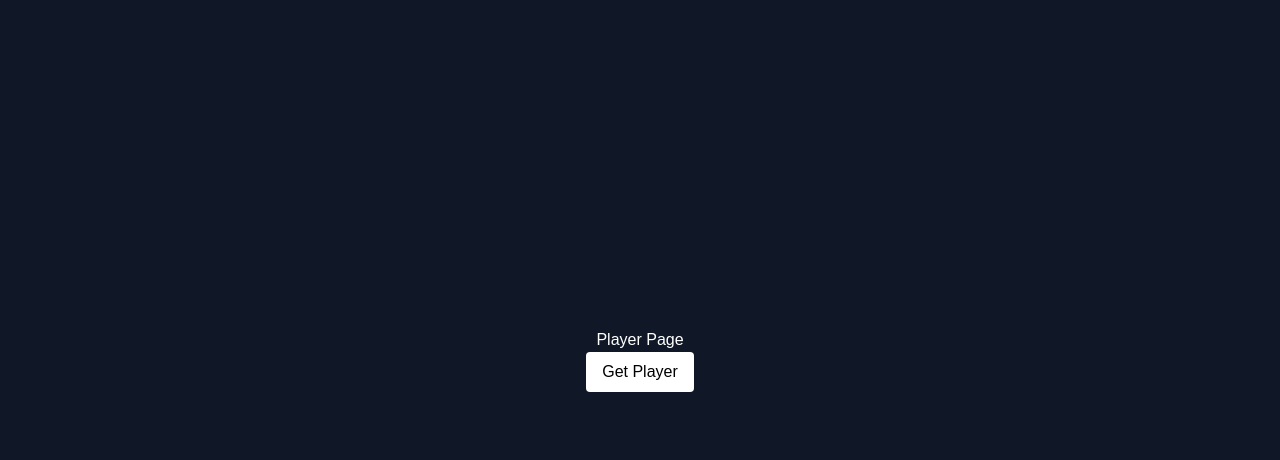
Repository: Cuponk/comparator_v2
Page: /
These files come from the project's save history. The page is drawn as it stood at one moment and after the next save; the edit follows.
The browser window is 1280 px wide. The pictures show the whole page.
The project was rebuilt for these pictures with package versions that can differ from the ones it lists, and the page was loaded fresh each time. The framework's server and built-in components were replaced by stand-ins that run in the browser. Also part of the build but not shown: next.config.ts.

Above is the page before, as saved 2026-01-29 14:00:27.

### app/page.tsx
"use client";

import { useState } from "react";

const page = () => {

    const [player, setPlayer] = useState(null);

    function fetchPlayer() {
        fetch('/api/players/592450')
        .then(response => response.json())
        .then(data => {
            setPlayer(data);
        })
        .catch(error => {
            console.error('Error fetching player:', error);
        });
    }

    return(
    <div className="flex flex-col items-center justify-center min-h-screen bg-gray-900 text-white space-y-4">
        Player Page
        <button className="bg-white text-black px-4 py-2 rounded" onClick={fetchPlayer}>
            Get Player
        </button>
        {player && player.full_name}
    </div>
    );
};

export default page;

Loaded but not shown: app/layout.tsx (common file); app/globals.css (common file)

After the next save:
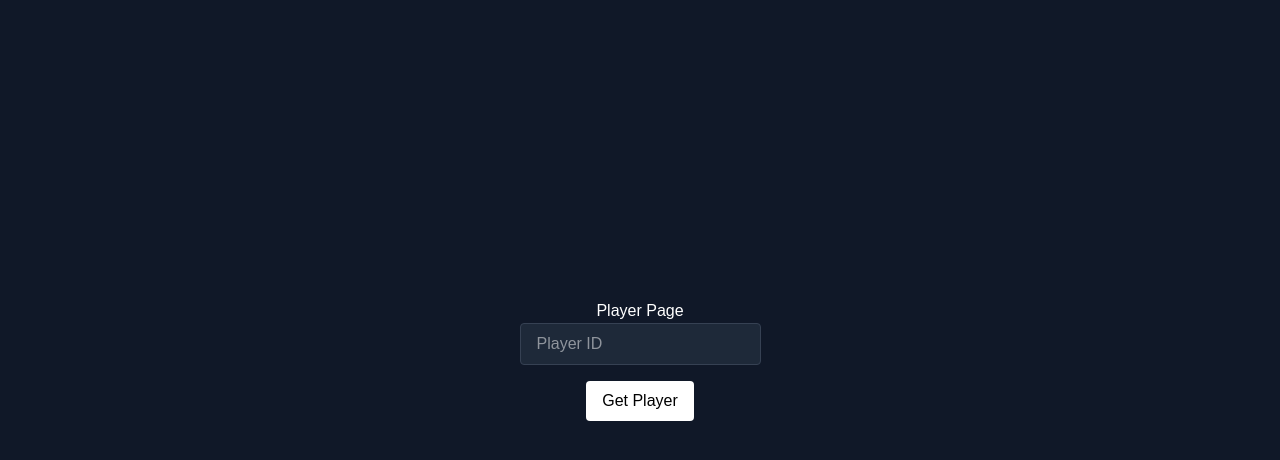
Saved 2 min 29 s later.
--- a/app/page.tsx
+++ b/app/page.tsx
@@ -20,6 +20,7 @@ const page = () => {
     return(
     <div className="flex flex-col items-center justify-center min-h-screen bg-gray-900 text-white space-y-4">
         Player Page
+        <input type="text" placeholder="Player ID" className="px-4 py-2 rounded bg-gray-800 border border-gray-700 text-white" />
         <button className="bg-white text-black px-4 py-2 rounded" onClick={fetchPlayer}>
             Get Player
         </button>
